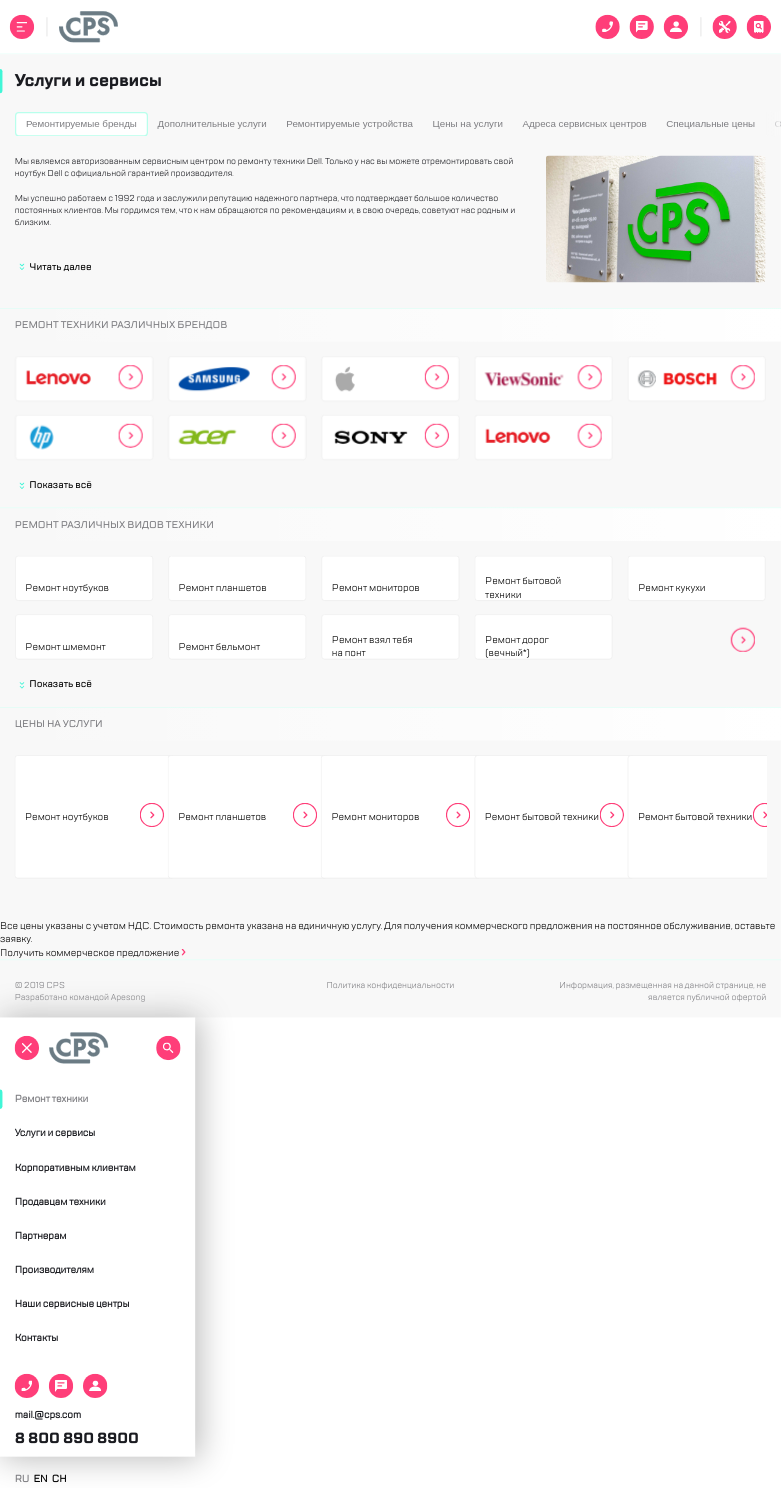
Repository: Dedoxa/WebCoreF
Page: /
An editor plug-in stored every save of this project. The page is shown before and after the next save, followed by the edit.
The browser window is 1280 px wide. The pictures show the whole page, at 61% of full size.
The project was rebuilt for these pictures with package versions that can differ from the ones it lists, and the page was loaded fresh each time. Also part of the build but not shown: webpack.config.js.

Above is the page before, as saved 2024-06-15 18:39:47.

After the next save:
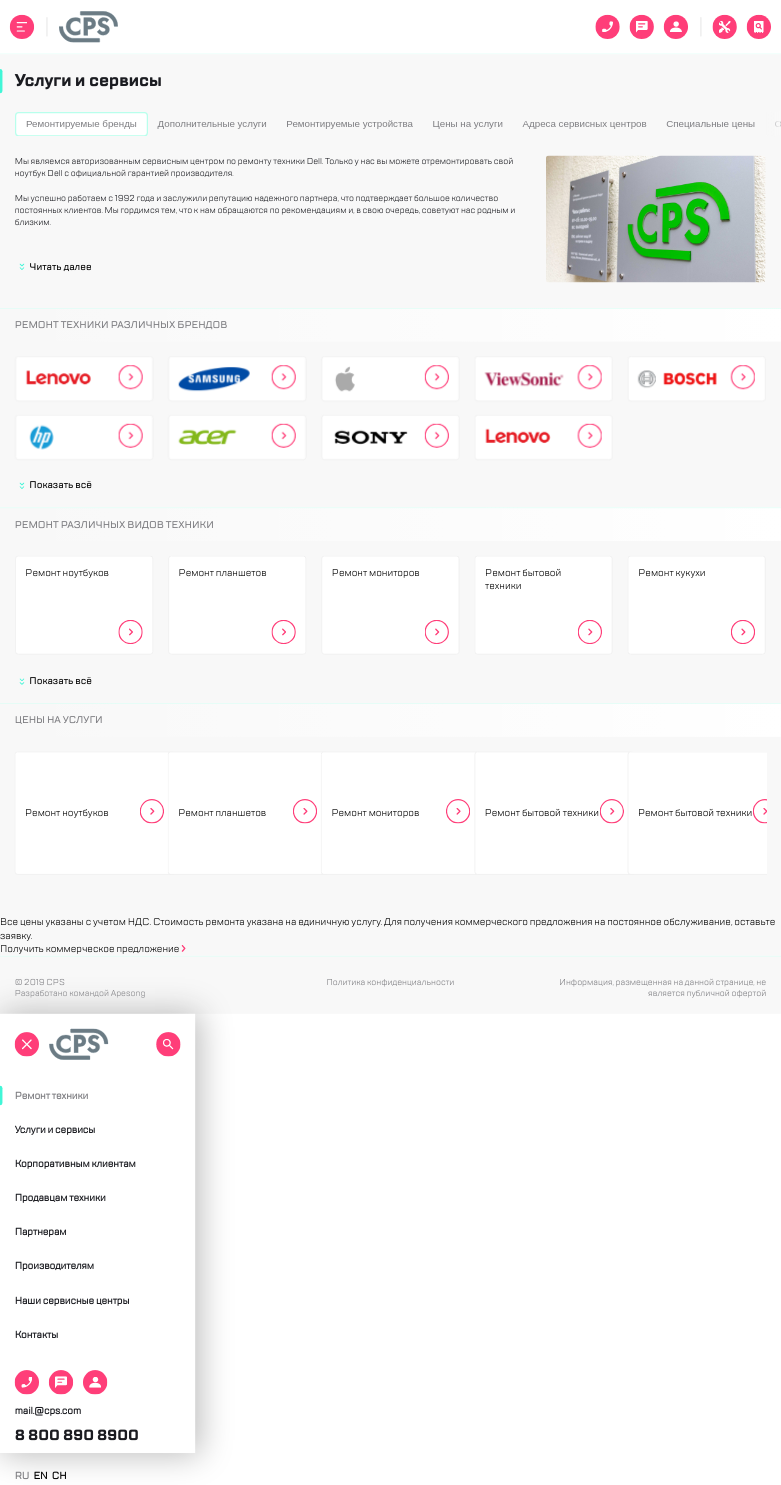
Saved 101 s later.
--- a/src/scss/plates.scss
+++ b/src/scss/plates.scss
@@ -106,6 +106,7 @@
   }
 
   .plates__brands-wrapper,
+  .plates__devices-wrapper,
   .plates__table-wrapper {
     height: 116px;
     @media (min-width: 768px) {
@@ -122,15 +123,25 @@
     }
   }
 
+  .plates__devices-wrapper {
+    height: 205px;
+    @media (min-width: 768px) {
+      height: 170px;
+    }
+  }
+
   .plates__table-wrapper {
     height: 245px;
   }
 
   .plates__brand-plate,
+  .plates__device-plate,
   .plates__table-plate {
     display: flex;
     justify-content: space-between;
     align-items: center;
+    flex-grow: 0;
+    flex-shrink: 0;
     height: 72px;
     background-color: #fff;
     border-radius: 5px;
@@ -158,6 +169,21 @@
     }
   }
 
+  .plates__device-plate {
+    height: 160px;
+    align-items: flex-start;
+
+    & span {
+      position: relative;
+      top: 16px;
+    }
+
+    & img {
+      position: relative;
+      top: 104px;
+    }
+  }
+
   .plates__table-plate {
     width: 260px;
     height: 200px;
